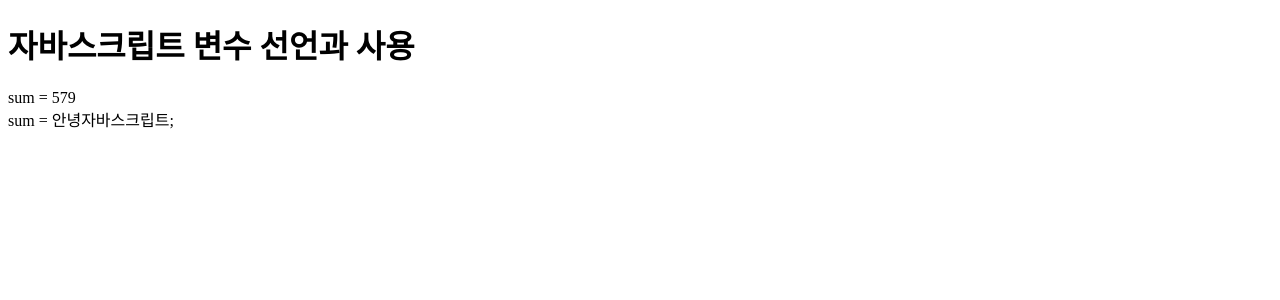
Repository: XenosJM/WEB_CODES
Page: Web03_JavaScript/src/main/webapp/04_variable.html
These files come from the project's save history. The page is drawn as it stood at one moment and after the next save; the edit follows.
The browser window is 1280 px wide. The pictures show the whole page.

Above is the page before, as saved 2024-03-20 03:43:56.

After the next save:
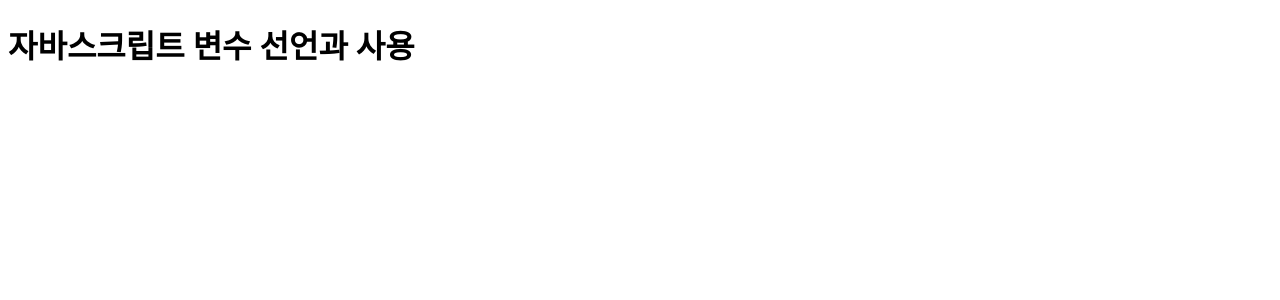
Console error: SyntaxError: Unexpected token '?'
Saved 2 min 25 s later.
--- a/Web03_JavaScript/src/main/webapp/04_variable.html
+++ b/Web03_JavaScript/src/main/webapp/04_variable.html
@@ -46,6 +46,12 @@
 		sum = x + y;
 		output.innerHTML += 'sum = ' + sum + '<br>';
 
+		var check = confirm(?);
+		if(chek){
+			output.innerHTML += '참(true)';
+		} else {
+			output.innerHTML += '거짓(false);
+		}
 
 	</script>
 
